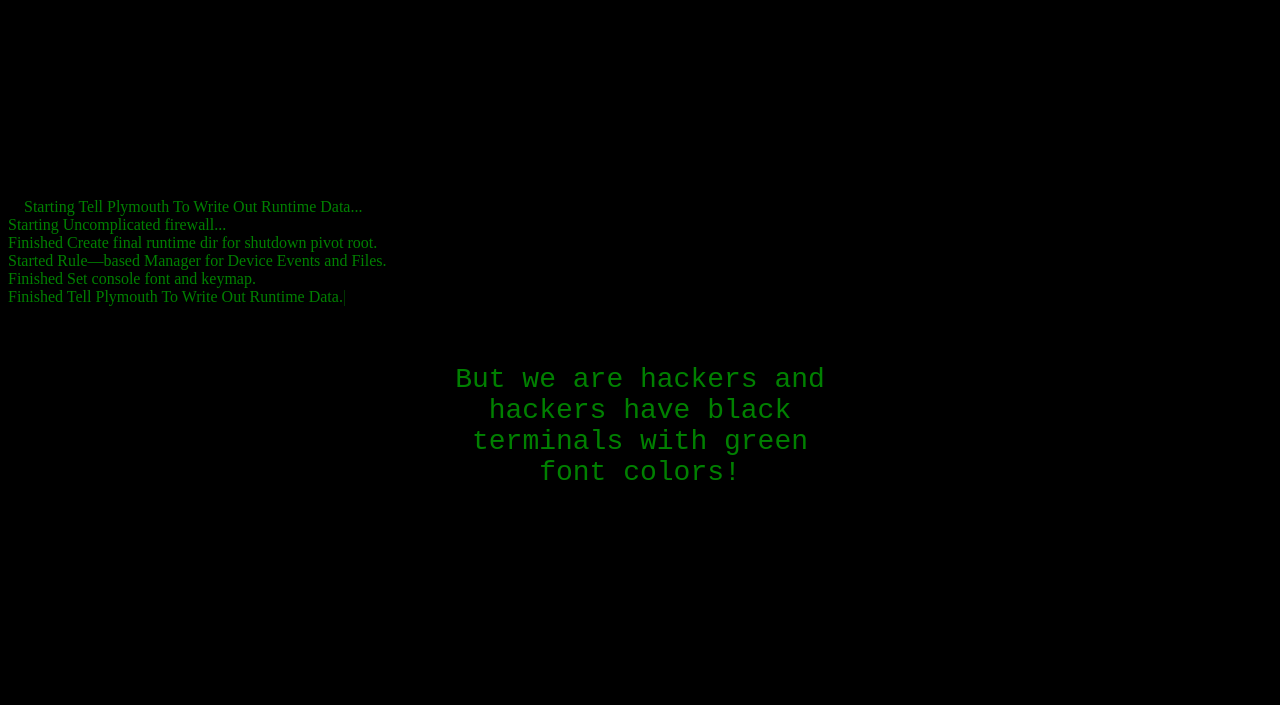
Repository: Dylennium/New-Site
Page: index.html
The author's editor kept a copy of each file at every save. The page is drawn from the files as they stood at one save, then again after the next save.
The browser window is 1280 px wide. The pictures show the whole page.

Above is the page before, as saved 2023-04-28 16:59:04.

After the next save:
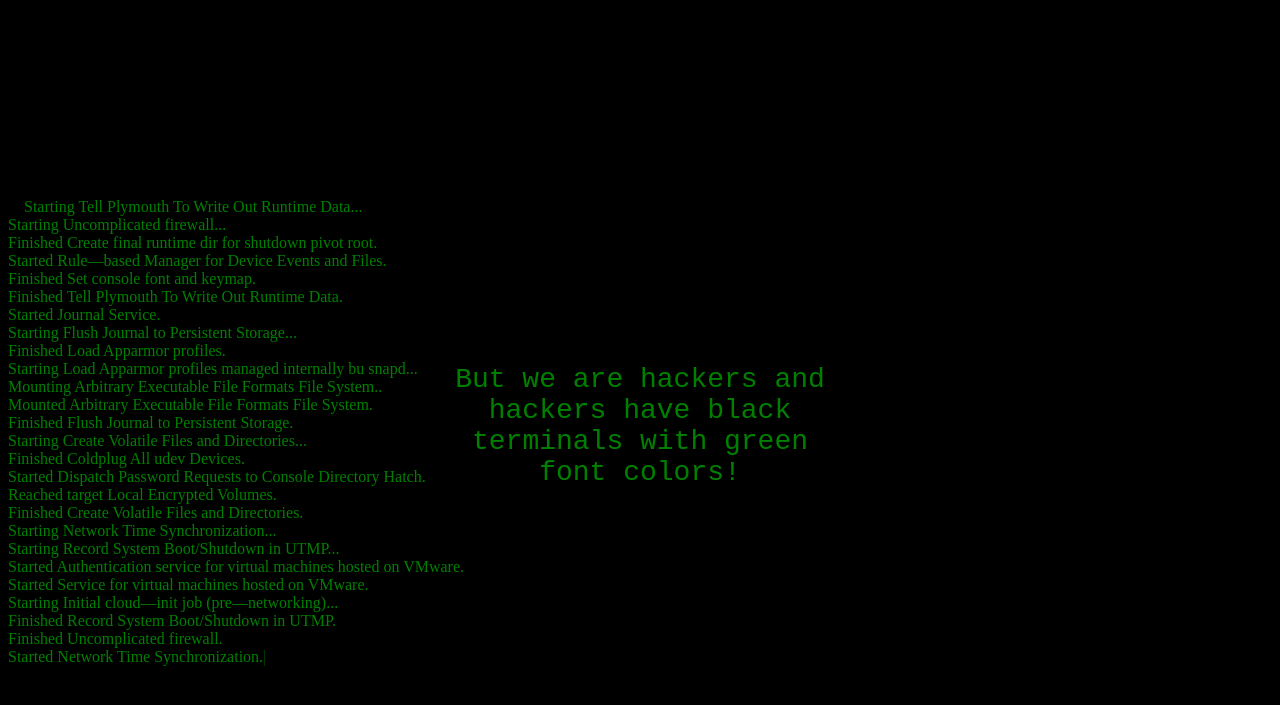
Saved 22 s later.
--- a/index.html
+++ b/index.html
@@ -57,7 +57,7 @@
 "Starting Network Name Resolution..."
 ]
  var typed6 = new Typed('#loginblurb', {
-    strings: [lines.map((line)=>`\`${line}\``).join("^1000\n")],
+    strings: [lines.map((line)=>`\`${line}\``).join("^200\n")],
 
     loop: false,
     onComplete: (self) => {
